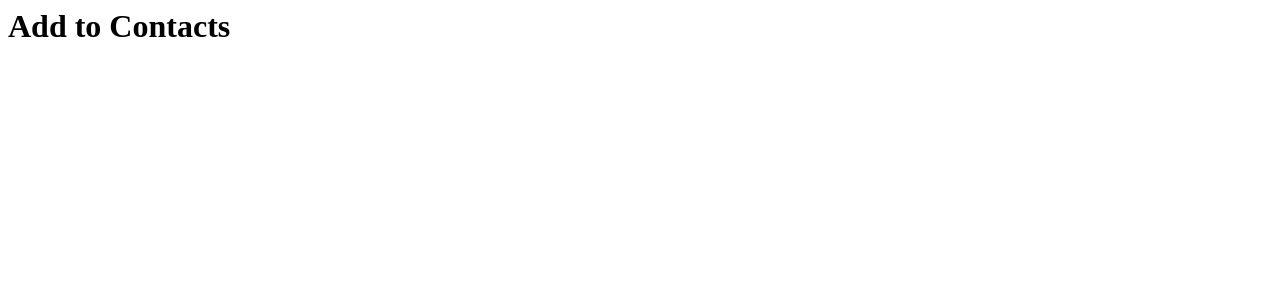
Repository: nikhilbad7/jsp-practicals
Page: classwork/WebContent/exp13add.html
An editor plug-in stored every save of this project. The page is shown before and after the next save, followed by the edit.
The browser window is 1280 px wide. The pictures show the whole page.

Above is the page before, as saved 2018-04-12 05:54:41.

After the next save:
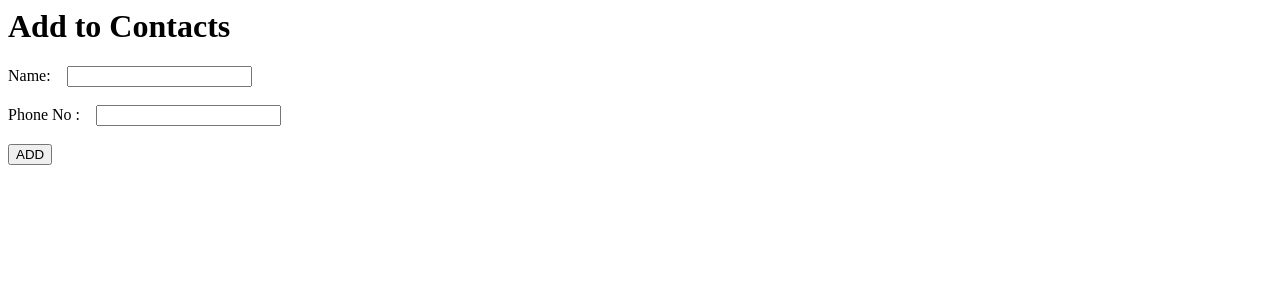
Saved 3 min 2 s later.
--- a/classwork/WebContent/exp13add.html
+++ b/classwork/WebContent/exp13add.html
@@ -4,5 +4,10 @@
 	</head>
 	<body>
 		<h1>Add to Contacts</h1>
+		<form action="">
+			Name: &nbsp;&nbsp;&nbsp;<input type="text" name="name" /><br/><br/>
+			Phone No : &nbsp;&nbsp;&nbsp;<input type="text" name="phn" /><br/><br/>
+			<input type="submit" value="ADD" />
+		</form>
 	</body>
 </html>
